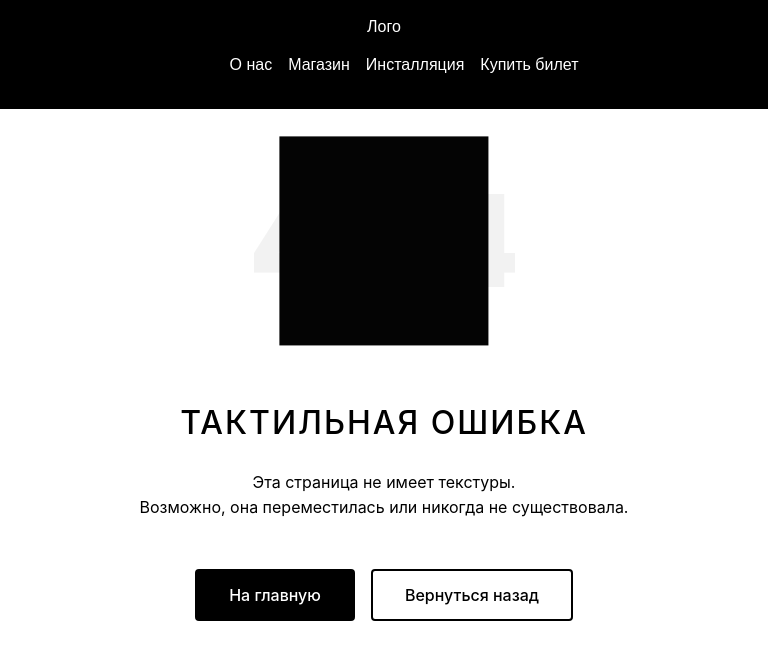
Repository: Mizuki79/HSE_session_4
Page: 404.html
These files come from the project's save history. The page is drawn as it stood at one moment and after the next save; the edit follows.
The browser window is 768 px wide. The pictures show the whole page.
Pictures or frames that could not be fetched are drawn as grey boxes.

Above is the page before, as saved 2025-06-27 06:12:26.

After the next save:
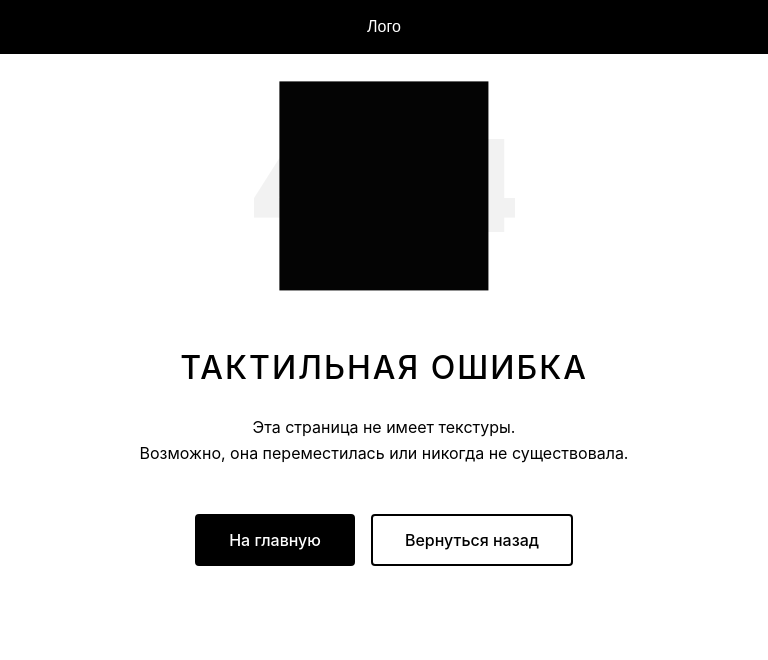
Saved 29 s later.
--- a/stylesheets/layout.css
+++ b/stylesheets/layout.css
@@ -664,6 +664,29 @@ footer {
 }
 
 @media (max-width: 768px) {
+    .burger { display: flex; }
+
+  /* прячем список, делаем выпадение */
+  .nav-links {
+    position: absolute;
+    top: 100%;
+    left: 0;
+    right: 0;
+    background: #111;
+    flex-direction: column;
+    max-height: 0;
+    overflow: hidden;
+    transition: max-height .35s ease;
+  }
+
+  /* показываем, когда чекбокс отмечен */
+  #burger-toggle:checked ~ .nav-links {
+    max-height: 500px;        /* достаточно для всех пунктов */
+    padding: .5rem 0 1rem;
+  }
+
+  .nav-links li { padding: .5rem 1rem; }
+  .nav-links a { font-size: 1.1rem; }
     .item-flex {
         flex-wrap: wrap;
     }
